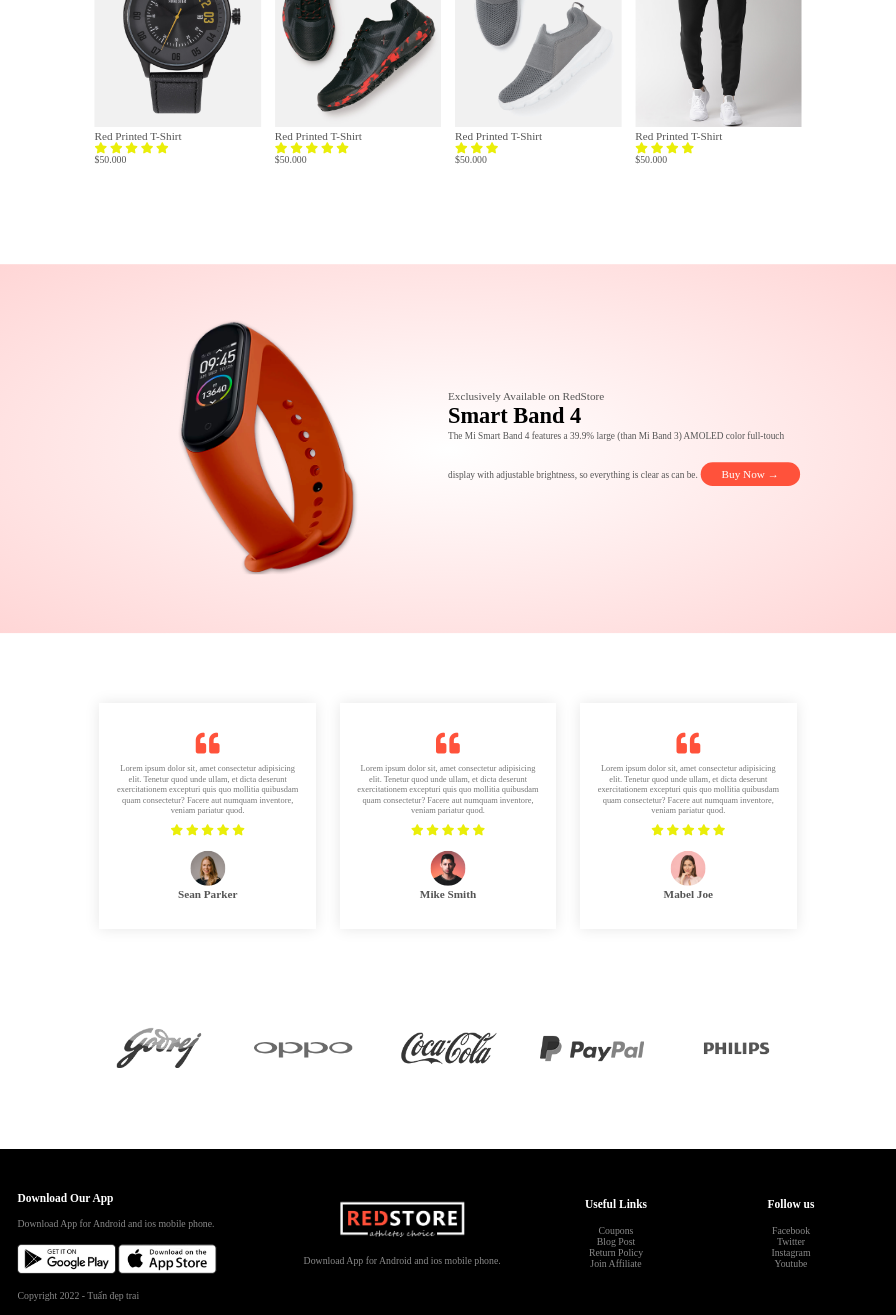
Repository: tuan21052000/Frontend
Page: index.html
An editor plug-in stored every save of this project. The page is shown before and after the next save, followed by the edit.
The browser window is 1280 px wide. The pictures show the part of the page from y = 2609 to 4529 px (the page is 4488 px tall before and 4529 px after), at 70% of full size.

Above is the page before, as saved 2022-05-09 22:04:33.

After the next save:
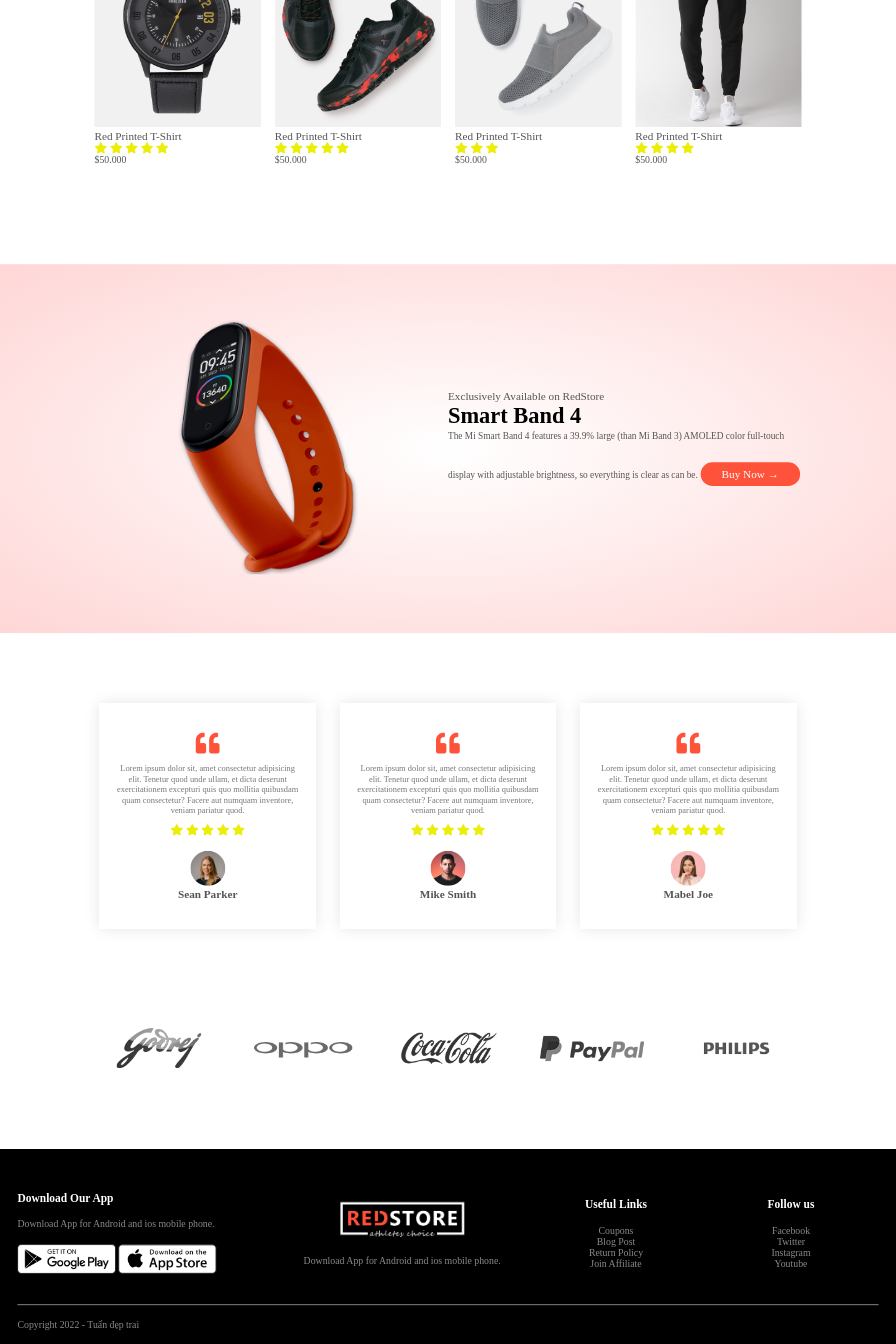
Saved 24 s later.
--- a/style.css
+++ b/style.css
@@ -229,4 +229,6 @@
 .footer hr{
     border: none;
     background: #b5b5b5;
-}
+    height: 1px;
+    margin: 20px 0;
+}
